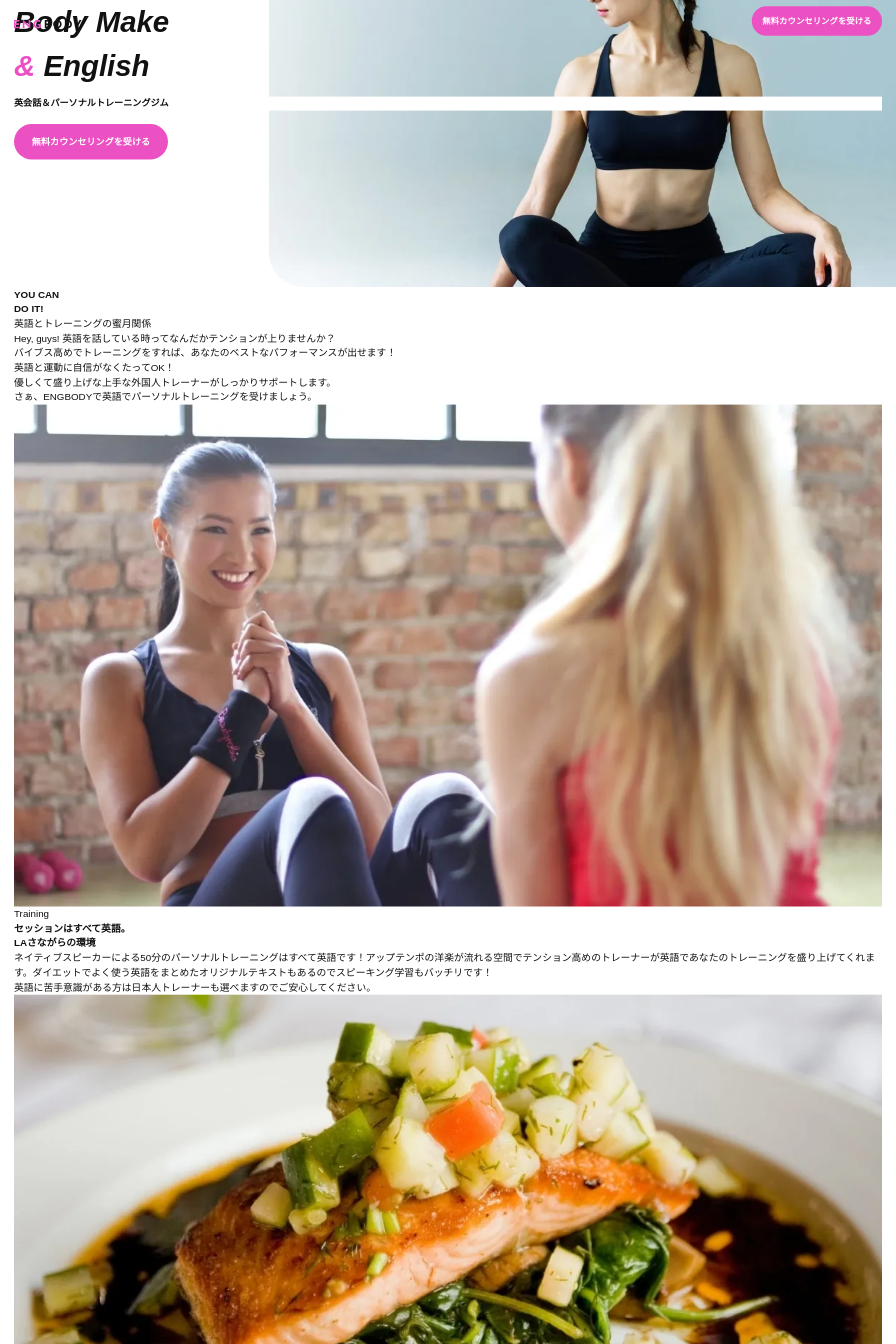
Repository: tetishi/engbody
Page: index.html
The author's editor kept a copy of each file at every save. The page is drawn from the files as they stood at one save, then again after a run of saves.
The browser window is 1280 px wide. The pictures show the part of the page from y = 0 to 1920 px (the page is 12355 px tall), at 70% of full size.
The style sheet was rebuilt from its Sass, Less or Tailwind sources for each picture, by a compiler version that may differ from the author's.

Above is the page before, as saved 2023-07-26 00:22:36.

### index.html
<!DOCTYPE html>
<html lang="en">
<head>
    <meta charset="UTF-8">
    <meta name="viewport" content="width=device-width, initial-scale=1.0">
    <title>ENGBODY</title>
    <link href="https://fonts.googleapis.com/css2?family=Josefin+Sans:ital,wght@0,400;0,700;1,400;1,700&display=swap" rel="stylesheet">
    <link rel="stylesheet" href="./css/reset.css">
    <link rel="stylesheet" href="./css/style.css">
</head>
<body>
    <header class="header">
        <div class="header-inner">
            <h2 class="nav-title">
                <a href="#">
                    <img src="img/engbody.svg" alt="ENGBODY">
                </a>
            </h2>
            <nav class="header-nav">
                <div class="counseling-btn-top">
                    <a href="#">無料カウンセリングを受ける</a>
                </div>
            </nav>
        </div>
    </header>

    <main>
        <!-- fv -->
        <div class="fv">
            <div class="fv-img"></div>
            <div class="section-inner">
                <h2 class="page-title">
                    Body Make<br>
                    <span>&</span> English
                </h2>
                <div class="page-title-bottom">
                    英会話＆パーソナルトレーニングジム
                </div>
                <div class="counseling-btn">
                    <a href="#">無料カウンセリングを受ける</a>
                </div>
            </div>
        </div>

        <section id="concept" class="section-wrapper">
            <div class="section-outer">
                <div class="section-inner">
                    <h2 class="catchphrase">
                        YOU CAN<br class="sp">
                        DO IT!
                    </h2>
                    <p class="section-under-title">
                        英語とトレーニングの<span class="phrase">蜜月関係</span>
                    </p>
                    <p class="concept-text">
                        Hey, guys! 英語を話している時ってなんだかテンションが上りませんか？<br>
                        バイブス高めでトレーニングをすれば、あなたのベストなパフォーマンスが出せます！<br>
                        英語と運動に自信がなくたってOK！<br>
                        優しくて盛り上げな上手な外国人トレーナーがしっかりサポートします。<br>
                        さぁ、ENGBODYで英語でパーソナルトレーニングを受けましょう。
                    </p>
                    <div class="training-box">
                        <div class="training-img">
                            <picture>
                                <source srcset="img/training.webp" type="image/webp">
                                <img src="img/training.jpg" alt="外国人のパーソナルトレーナーがお客様に英語とトレーニングをサポートしている様子">
                            </picture>
                        </div>
                        <div class="training-text">
                            <p class="training-top">
                                Training
                            </p>
                            <h3 class="training-title">
                                セッションはすべて英語。<br>
                                LAさながらの環境
                            </h3>
                            <p class="training-description">
                                ネイティブスピーカーによる50分のパーソナルトレーニングはすべて英語です！アップテンポの洋楽が流れる空間でテンション高めのトレーナーが英語であなたのトレーニングを盛り上げてくれます。ダイエットでよく使う英語をまとめたオリジナルテキストもあるのでスピーキング学習もバッチリです！<br>
                                英語に苦手意識がある方は日本人トレーナーも選べますのでご安心してください。
                            </p>
                        </div>
                    </div>
                    <div class="food-box">
                        <div class="food-img">
                            <picture>
                                <source srcset="img/food.webp" type="image/webp">
                                <img src="img/food.jpg" alt="低糖質レストラン『LCR』の魚と野菜の盛り合わせメニューの写真">
                            </picture>
                        </div>
                        <div class="food-text">
                            <p class="food-top">
                                Food
                            </p>
                            <h3 class="food-title">
                                低糖質レストランを完備！<br>
                                美味しく食べてダイエット
                            </h3>
                            <p class="food-description">
                                食事制限って大変ですよね......。でも大丈夫！ENGBODY館内には低糖質レストラン『LCR』を完備しています。Low carb（低糖質）なのにとっても美味しい味に驚くはずです！メニューも豊富で飽きさせません。美味しく食べてしっかり痩せる！しかも英語力もアップ！それがENGBODYなのです。
                            </p>
                        </div>
                    </div>
                    <div class="counseling-btn">
                        <a href="#">無料カウンセリングを受ける</a>
                    </div>
                </div>
            </div>

        </section>

        <section class="section-wrapper">
            <div class="section-outer">
                <div class="section-inner">
                    <h2 class="section-title">
                        Our Trainer
                        <span>トレーナー</span>
                    </h2>
                    <div class="select-option">
                        <p class="trainer">
                            トレーナー
                        </p>
                        <p class="staff">
                            スタッフ
                        </p>
                    </div>
                    <ul class="trainer-list">
                        <li class="trainer-item">
                            <picture>
                                <source srcset="img/trainer01.webp" type="image/webp">
                                <img src="img/trainer01.jpg" alt="日本人女性のトレーナーの写真">
                            </picture>
                            <p class="trainer-greeting">
                                こんにちは！英語で楽しくトレーニングしましょう。日本語が話せますのでご安心ください。
                            </p>
                        </li>
                        <li class="trainer-item">
                            <picture>
                                <source srcset="img/trainer02.webp" type="image/webp">
                                <img src="img/trainer02.jpg" alt="外国人女性のトレーナーの写真">
                            </picture>
                            <p class="trainer-greeting">
                                Hello! 筋肉をつけすぎずしなやかな体を作ることが得意です！美しさを磨いていきましょう。
                            </p>
                        </li>
                        <li class="trainer-item">
                            <picture>
                                <source srcset="img/trainer03.webp" type="image/webp">
                                <img src="img/trainer03.jpg" alt="外国人男性のトレーナーの写真">
                            </picture>
                            <p class="trainer-greeting">
                                Hi, 負荷や強度の高いトレーニングがしたいならおまかせてください！どんなご要望もできるかぎり叶えますよ！
                            </p>
                        </li>
                    </ul>
                    <ul class="staff-list">
                        <li class="staff-item">
                            <picture>
                                <source srcset="img/staff01.webp" type="image/webp">
                                <img src="img/staff01.jpg" alt="日本人女性スタッフの写真">
                            </picture>
                            <p class="staff-greeting">
                                ENBODYは明るくてとっても楽しいジムです！みなさんのセッションが楽しくなるようしっかりサポートいたします。
                            </p>
                        </li>
                        <li class="staff-item">
                            <picture>
                                <source srcset="img/staff02.webp" type="image/webp">
                                <img src="img/staff02.jpg" alt="外国人男性スタッフの写真">
                            </picture>
                            <p class="staff-greeting">
                                Hi, please let me know anytime if you have any questions. We will fully support you!
                            </p>
                        </li>
                    </ul>
                </div>
            </div>
        </section>

        <section class="section-wrapper">
            <div class="section-outer">
                <div class="section-inner">
                    <h2 class="section-title">
                        Studio
                        <span>スタジオ</span>
                    </h2>
                    <div class="slide-image">
                        <picture>
                            <source srcset="img/studio01.webp" type="image/webp">
                            <img src="img/studio01.jpg" alt="後ろ姿の女性がトレーニング器具に座って、ダンベルを両手に持ち上げて、スタジオでトレーニングしている写真">
                        </picture>
                        <picture>
                            <source srcset="img/studio02.webp" type="image/webp">
                            <img src="img/studio02.jpg" alt="正面を向いた女性がトレーニング器具に座って、腕を上げてスタジオでトレーニングしている写真">
                        </picture>
                        <picture>
                            <source srcset="img/studio03.webp" type="image/webp">
                            <img src="img/studio03.jpg" alt="後ろ姿の男性がスタジオでバーベルを持ってウエイトトレーニングをしている写真">
                        </picture>
                    </div>
                </div>
            </div>
        </section>

        <section class="section-wrapper">
            <div class="section-outer">
                <div class="section-inner">
                    <h2 class="section-title">
                        Price
                        <span>料金</span>
                    </h2>
                    <ul class="price-list">
                        <li class="price-item">
                            <div class="price-box">
                                <p class="course">
                                    週１コース
                                </p>
                                <h3 class="course-price">
                                    ¥20,000
                                </h3>
                                <p class="admission-fee">
                                    （入会金 ¥10000）
                                </p>
                            </div>
                            <div class="rental-box">
                                <p class="course-top">
                                    レンタル
                                </p>
                                <p class="course-text">
                                    タオル、ウェア、プロテイン無料
                                </p>
                            </div>
                            <div class="restaurant-box">
                                <p class="course-top">
                                    レストラン
                                </p>
                                <p class="course-text">
                                    使用不可
                                </p>
                            </div>
                            <div class="diet-box">
                                <p class="course-top">
                                    食事指導
                                </p>
                                <p class="course-text">
                                    無し
                                </p>
                            </div>
                        </li>
                        <li class="price-item">
                            <p class="recommend">
                                オススメ！
                            </p>
                            <div class="price-box">
                                <p class="course">
                                    週２コース
                                </p>
                                <h3 class="course-price">
                                    ¥40,000
                                </h3>
                                <p class="admission-fee">
                                    （入会金 ¥10000）
                                </p>
                            </div>
                            <div class="rental-box">
                                <p class="course-top">
                                    レンタル
                                </p>
                                <p class="course-text">
                                    タオル、ウェア、プロテイン無料
                                </p>
                            </div>
                            <div class="restaurant-box">
                                <p class="course-top">
                                    レストラン
                                </p>
                                <p class="course-text">
                                    使用可
                                </p>
                            </div>
                            <div class="diet-box">
                                <p class="course-top">
                                    食事指導
                                </p>
                                <p class="course-text">
                                    有り
                                </p>
                            </div>
                        </li>
                        <li class="price-item">
                            <div class="price-box">
                                <p class="course">
                                    無制限
                                </p>
                                <h3 class="course-price">
                                    ¥70,000
                                </h3>
                                <p class="admission-fee">
                                    （入会金 ¥10000）
                                </p>
                            </div>
                            <div class="rental-box">
                                <p class="course-top">
                                    レンタル
                                </p>
                                <p class="course-text">
                                    タオル、ウェア、プロテイン無料
                                </p>
                            </div>
                            <div class="restaurant-box">
                                <p class="course-top">
                                    レストラン
                                </p>
                                <p class="course-text">
                                    使用可
                                </p>
                            </div>
                            <div class="diet-box">
                                <p class="course-top">
                                    食事指導
                                </p>
                                <p class="course-text">
                                    有り
                                </p>
                            </div>
                        </li>
                    </ul>
                </div>
            </div>
        </section>

        <section class="section-wrapper">
            <div class="section-outer">
                <div class="section-inner">
                    <h2 class="section-title">
                        FAQ
                        <span>よくあるご質問</span>
                    </h2>
                    <div class="faq-box">
                        <details class="faq-item">
                            <summary class="faq-top-text">
                                見学や体験は可能ですか？
                            </summary>
                            <p class="faq-bottom-text">
                                無料カウンセリングの際に見学が可能です。フォームに見学・体験希望の欄がございますので内容をご確認しチェックを入れてください。
                            </p>
                        </details>
                        <details class="faq-item">
                            <summary class="faq-top-text">
                                用意するものは何がありますか？
                            </summary>
                            <p class="faq-bottom-text">
                                シューズをご持参ください。ウェアとタオルは無料でレンタルが可能です。
                            </p>
                        </details>
                        <details class="faq-item">
                            <summary class="faq-top-text">
                                シャワールームはありますか？
                            </summary>
                            <p class="faq-bottom-text">
                                5つのシャワールームがございます。ボディソープ・シャンプー・リンスなどのアメニティやドライヤーもご用意しております。
                            </p>
                        </details>
                    </div>
                </div>
            </div>
        </section>

        <div class="free-counseling">
            <picture>
                <source srcset="img/sp_counseling_top.webp" type="image/webp">
                <img src="img/sp_counseling_top.jpg" alt="アジア人、黒人、白人の女性3人がトレーニングウェアを着て肩を組んで笑顔でこちらを見ている写真">
            </picture>
            <div class="counseling-container">
                <h3 class="invite-message">
                    Come join us!! 😊
                </h3>
                <div class="counseling-btn white">
                    <a href="#">無料カウンセリングを受ける</a>
                </div>
            </div>
        </div>

    </main>
    <footer class="footer">
        <div class="footer-text">
            ENGBODY
        </div>
    </footer>

    <a href="#" class="pagetop">
        <div class="pagetop-arrow">
            <i class="fas fa-angle-up"></i>
        </div>
    </a>
</body>
</html>

### css/reset.css
/*
html5doctor.com Reset Stylesheet
v1.6.1
Last Updated: 2010-09-17
Author: Richard Clark - http://richclarkdesign.com
Twitter: @rich_clark
*/

* {
    box-sizing: border-box;
}

html,
body,
div,
span,
object,
iframe,
h1,
h2,
h3,
h4,
h5,
h6,
p,
blockquote,
pre,
abbr,
address,
cite,
code,
del,
dfn,
em,
img,
ins,
kbd,
q,
samp,
small,
strong,
sub,
sup,
var,
b,
i,
dl,
dt,
dd,
ol,
ul,
li,
fieldset,
form,
label,
legend,
table,
caption,
tbody,
tfoot,
thead,
tr,
th,
td,
article,
aside,
canvas,
details,
figcaption,
figure,
footer,
header,
hgroup,
menu,
nav,
section,
summary,
time,
mark,
ruby,
audio,
video {
    margin: 0;
    padding: 0;
    border: 0;
    outline: 0;
    font-size: 100%;
    vertical-align: baseline;
    background: transparent;
}

body {
    line-height: 1.5;
}

img {
    width: 100%;
    height: auto;
    object-fit: cover;
}

button {
    background-color: transparent;
    border: none;
    cursor: pointer;
    outline: none;
    padding: 0;
    appearance: none;
}

article,
aside,
details,
figcaption,
figure,
footer,
header,
hgroup,
menu,
nav,
section {
    display: block;
}

nav ul {
    list-style: none;
}

li {
    list-style: none;
}

a {
    margin: 0;
    padding: 0;
    font-size: 100%;
    vertical-align: baseline;
    background: transparent;
}

input,
select {
    vertical-align: middle;
}

/*end reset css*/

### img/engbody.svg
<svg xmlns="http://www.w3.org/2000/svg" width="96.7" height="12.36" viewBox="0 0 96.697 12.356">
  <g id="Group_1" data-name="Group 1" transform="translate(-34.435 -35.05)">
    <path id="Path_13" data-name="Path 13" d="M-41.472-16.8a3.73,3.73,0,0,1,1.459,1.093,2.471,2.471,0,0,1,.524,1.559A2.878,2.878,0,0,1-40.674-11.6a5.1,5.1,0,0,1-2.957.814H-47.58V-22.2H-44.1a5.2,5.2,0,0,1,2.965.737,2.422,2.422,0,0,1,1.08,2.132,2.946,2.946,0,0,1-.371,1.5A2.77,2.77,0,0,1-41.472-16.8Zm-3.771-.729h1.418a1.3,1.3,0,0,0,1-.38,1.323,1.323,0,0,0,.355-.938,1.029,1.029,0,0,0-.4-.876,1.816,1.816,0,0,0-1.112-.3h-1.257Zm1.5,4.653a2.475,2.475,0,0,0,1.33-.318,1.051,1.051,0,0,0,.508-.954q0-1.21-2-1.21h-1.338v2.481Zm8.123-3.6a5.518,5.518,0,0,1,.814-2.9A6.036,6.036,0,0,1-32.6-21.521a5.975,5.975,0,0,1,3.022-.8,5.975,5.975,0,0,1,3.022.8,6.165,6.165,0,0,1,2.224,2.148,5.438,5.438,0,0,1,.83,2.9,5.413,5.413,0,0,1-.83,2.916,6.083,6.083,0,0,1-2.224,2.117,6.067,6.067,0,0,1-3.022.783,6.054,6.054,0,0,1-3.03-.783,5.973,5.973,0,0,1-2.2-2.117A5.493,5.493,0,0,1-35.622-16.473Zm2.417,0a3.551,3.551,0,0,0,.492,1.83,3.628,3.628,0,0,0,1.338,1.326,3.687,3.687,0,0,0,1.878.489,3.5,3.5,0,0,0,1.821-.489,3.517,3.517,0,0,0,1.289-1.318,3.68,3.68,0,0,0,.467-1.838,3.655,3.655,0,0,0-.483-1.861,3.6,3.6,0,0,0-1.313-1.326,3.57,3.57,0,0,0-1.845-.489,3.57,3.57,0,0,0-1.845.489,3.6,3.6,0,0,0-1.313,1.326A3.655,3.655,0,0,0-33.2-16.473ZM-18.909-22.2h3.546a7.413,7.413,0,0,1,3.739.845A5.2,5.2,0,0,1-9.49-19.164a6.36,6.36,0,0,1,.669,2.877,5.253,5.253,0,0,1-.806,2.9,5.34,5.34,0,0,1-2.168,1.931,6.641,6.641,0,0,1-2.99.675h-4.126Zm3.723,9.243a4.324,4.324,0,0,0,2.885-.9,3.2,3.2,0,0,0,1.064-2.59,3.609,3.609,0,0,0-.588-2.171A3.138,3.138,0,0,0-13.2-19.73a4.006,4.006,0,0,0-1.475-.31h-1.9v7.088ZM4.83-22.2.381-14.333v3.552H-1.955v-3.552L-6.323-22.2h2.885l2.724,5.273L1.945-22.2Z" transform="translate(126.302 57.708)" fill="#111"/>
    <path id="Path_14" data-name="Path 14" d="M-27.475-22.5v2.176h-5.753v2.44h5.093v2.176h-5.093v2.471h5.979v2.176h-8.316V-22.5Zm15.584,0v11.9h-.064l-8.3-7.227.048,6.761h-2.369V-22.95h.1l8.284,7.336-.048-6.885ZM3.049-12.211a3.177,3.177,0,0,1-.975.583,8.934,8.934,0,0,1-1.547.5,6.932,6.932,0,0,1-1.539.194,7.366,7.366,0,0,1-3.312-.707,5.264,5.264,0,0,1-2.2-1.958A5.311,5.311,0,0,1-7.3-16.454a6.568,6.568,0,0,1,.822-3.4,5.253,5.253,0,0,1,2.208-2.083,6.761,6.761,0,0,1,3.062-.692,8.506,8.506,0,0,1,2.031.233,7.636,7.636,0,0,1,1.676.606l-.757,2.1a5.979,5.979,0,0,0-1.281-.458A5.645,5.645,0,0,0-.9-20.355a4.244,4.244,0,0,0-2.957.933A3.556,3.556,0,0,0-4.88-16.656a3.356,3.356,0,0,0,.5,1.842,3.241,3.241,0,0,0,1.394,1.2,4.746,4.746,0,0,0,2.039.42,3.468,3.468,0,0,0,1.628-.3v-1.383H-1.367v-2.176H3.049Z" transform="translate(70 58)" fill="#eb51c2"/>
  </g>
</svg>

### css/style.scss
/* base */

html {
    font-size: 62.5%;
}
body {
    font-size: 1.4rem;
    font-family: 'Hiragino Sans', sans-serif;
    color: #111111;
}
h2 h3 {
    font-family: 'Josefin Sans', sans-serif;
}
img {
    vertical-align: bottom;
}
.section-inner {
    padding: 0 20px;
    // margin: 0 auto;
}
.section-title {
    font-size: 4rem;
    &:nth-of-type(2) {
        font-size: 3.2rem;
    }
    &:nth-of-type(odd) {
        color: #fff;
    }
    span {
        font-size: 1.4rem;
        margin-bottom: 30px;
        &:last-of-type {
            margin-bottom: 35px;
        }
    }
}
a {
    color: inherit;
    text-decoration: none;
}

// header
.header {
    position: fixed;
    width: 100%;
    top: 0;
    left: 0;
    z-index: 999;
}
.header-inner {
    display: flex;
    justify-content: space-between;
    align-items: center;
    height: 60px;
    padding: 0 20px;
}
.counseling-btn-top {
    font-weight: bold;
    color: #fff;
    font-size: 1.2rem;
    width: 186px;
    background-color: #EB51C2;
    text-align: center;
    vertical-align: middle;
    border-radius: 50px;
    padding: 12px 15px;
}

//fv
.fv {
    height: 410px;
    position: relative;
}
.fv-img {
    background-image: url(../img/bg_mv.webp);
    background-position: right bottom;
    background-size: cover;
    background-repeat: no-repeat;
    border-radius: 0 0 0 50px;
    position: absolute;
    top: 0;
    right: 0;
    width: 70%;
    height: 410px;
    z-index: -1;
}
.page-title {
    font-size: 4.2rem;
    font-style: italic;
    span {
        color: #EB51C2;
    }
}
.page-title-bottom {
    font-size: 1.3rem;
    font-weight: bold;
    margin: 12px 0 19px;
    background-color: #fff;
}
.counseling-btn {
    font-weight: bold;
    color: #fff;
    font-size: 1.3rem;
    width: 220px;
    background-color: #EB51C2;
    text-align: center;
    vertical-align: middle;
    border-radius: 50px;
    padding: 16px 25px;
}

After the next 2 saves:
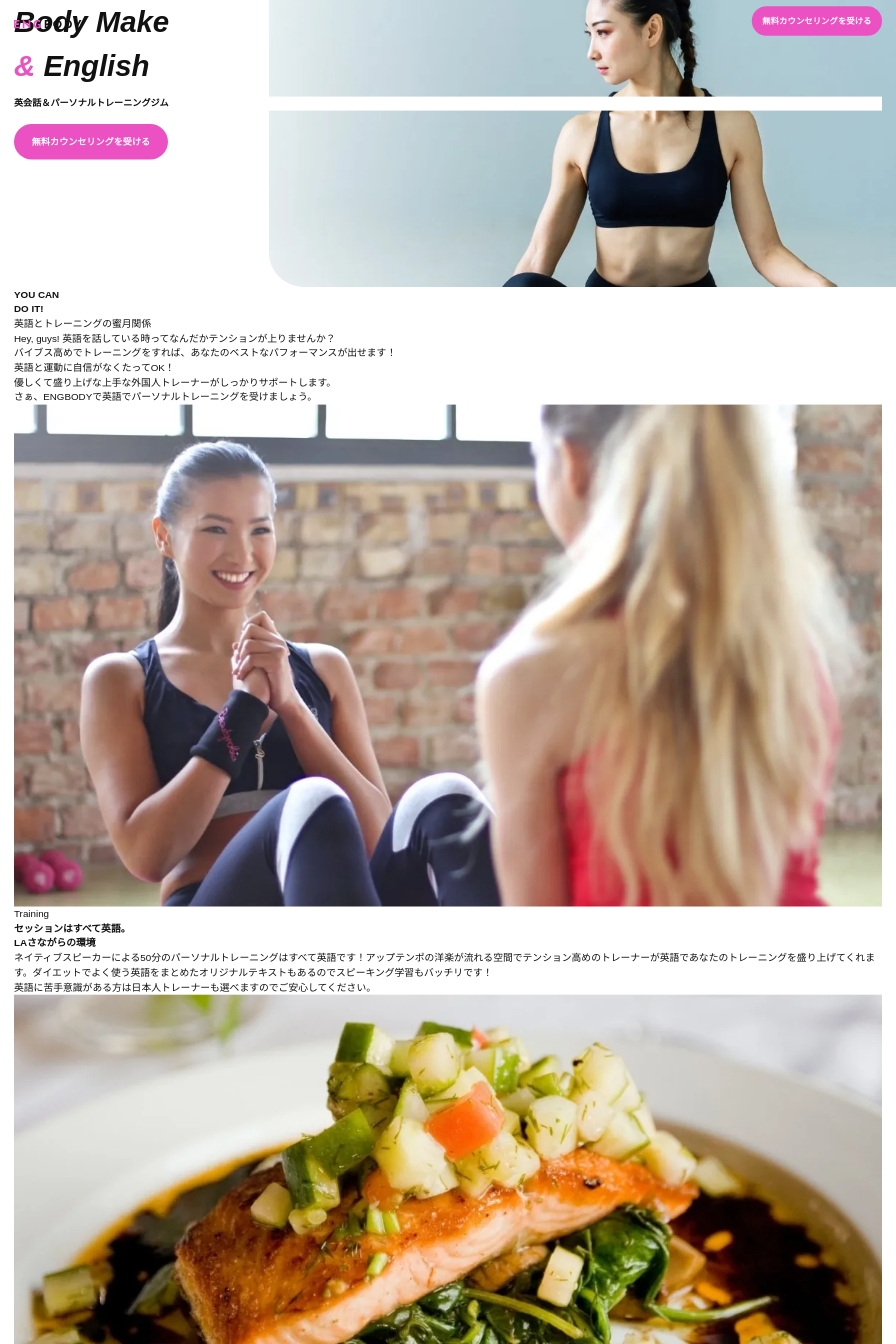
The 2 saves are shown as one change because they came seconds apart.
The last was saved 3 min 20 s later.
--- a/css/style.scss
+++ b/css/style.scss
@@ -73,7 +73,7 @@ a {
 }
 .fv-img {
     background-image: url(../img/bg_mv.webp);
-    background-position: right bottom;
+    background-position: center;
     background-size: cover;
     background-repeat: no-repeat;
     border-radius: 0 0 0 50px;
